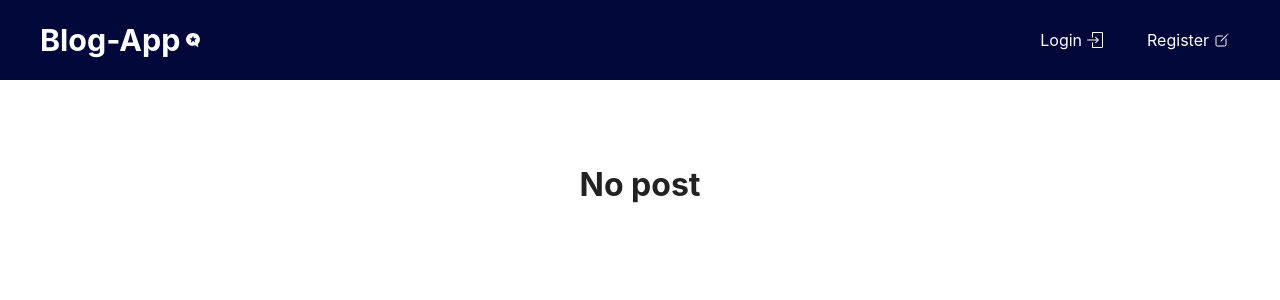
Repository: ateeque-219/BlogApp
Page: / (app in blogapp/)
The author's editor kept a copy of each file at every save. The page is drawn from the files as they stood at one save, then again after the next save.
The browser window is 1280 px wide. The pictures show the whole page.
The page's requests for data from a server got no answer. The project was rebuilt for these pictures with package versions that can differ from the ones it lists, and the page was loaded fresh each time. No one was signed in, and anything a server would have sent is missing. Also part of the build but not shown: blogapp/src/Post.js, blogapp/src/pages/LoginPage.js, blogapp/src/pages/RegisterPage.js, blogapp/src/pages/CreatePost.js, blogapp/src/pages/PostPage.js, blogapp/src/pages/EditPost.js. Imported but missing from the stored project, and not drawn on this page: blogapp/src/Editor.

Above is the page before, as saved 2024-01-23 20:46:24.

After the next save:
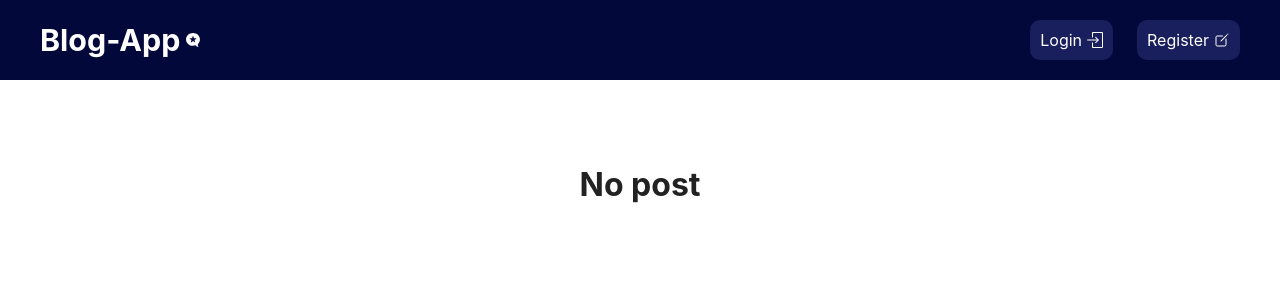
Saved 5 s later.
--- a/blogapp/src/App.css
+++ b/blogapp/src/App.css
@@ -333,6 +333,6 @@ a svg{
   align-items: center;
   padding: 10px;
   gap: 5px;
-  background-color: #03083a;
+  background-color: #191e5d;
   border-radius: 10px;
 }
